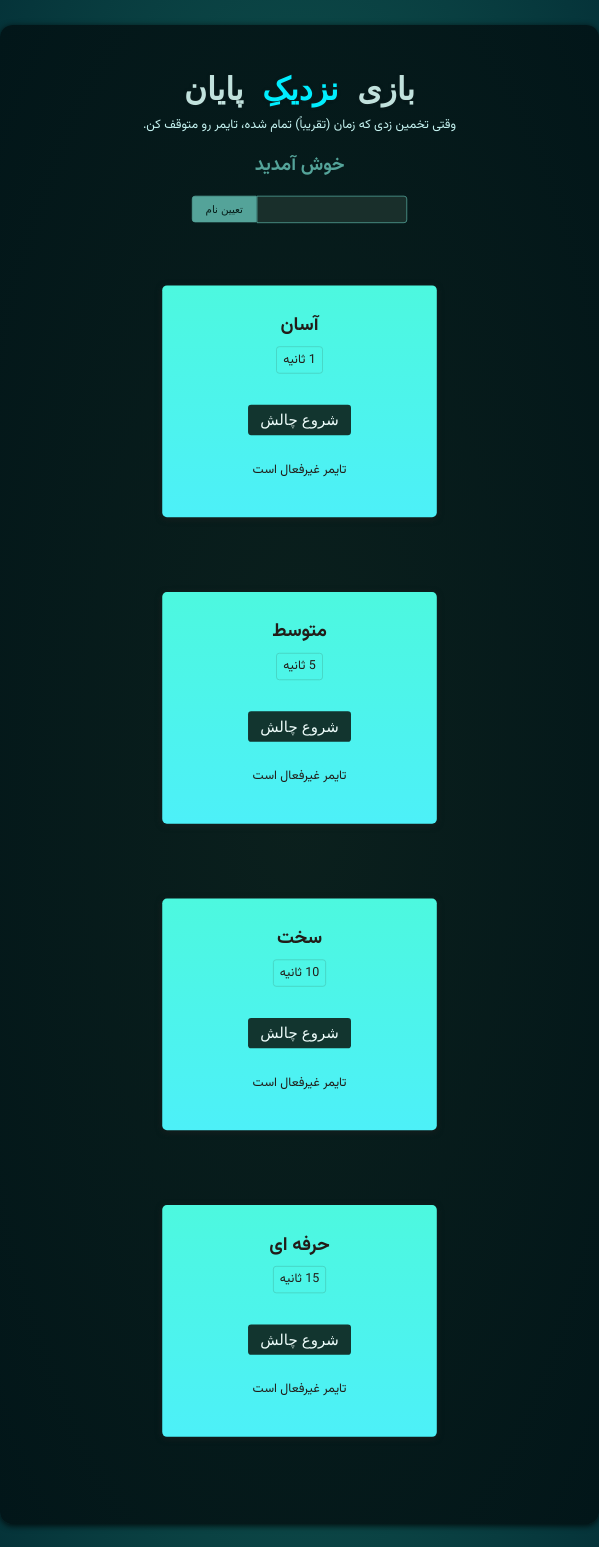
Repository: H-ala/react-near-end
Page: /
An editor plug-in stored every save of this project. The page is shown before and after the next save, followed by the edit.
The browser window is 768 px wide. The pictures show the whole page, at 78% of full size.
The project was rebuilt for these pictures with package versions that can differ from the ones it lists, and the page was loaded fresh each time. Also part of the build but not shown: vite.config.js.

Above is the page before, as saved 2025-10-21 19:47:58.

### index.html
<!DOCTYPE html>
<html lang="en">

<head>
  <meta charset="UTF-8" />
  <link rel="icon" type="image/svg+xml" href="/vite.svg" />
  <meta name="viewport" content="width=device-width, initial-scale=1.0" />
  <title>Refs & Portals</title>
</head>

<body>
  <div id="modal"></div>
  <div id="content">
    <header>
      <h1>بازی <em>نزدیکِ</em> پایان</h1>
      <p>وقتی تخمین زدی که زمان (تقریباً) تمام شده، تایمر رو متوقف کن.</p>
    </header>
    <div id="root"></div>
  </div>
  <script type="module" src="/src/main.jsx"></script>
</body>

</html>

### src/App.jsx
import Player from "./components/Player.jsx";
import TimerChallenge from "./components/TimerChallenge.jsx";

function App() {
  return (
    <>
      <Player />
      <div id="challenges">
        <TimerChallenge title="آسان" targetTime={1} />
        <TimerChallenge title="متوسط" targetTime={5} />
        <TimerChallenge title="سخت" targetTime={10} />
        <TimerChallenge title="حرفه ای" targetTime={15} />
      </div>
    </>
  );
}

export default App;

### src/index.css
@import url("https://fonts.googleapis.com/css2?family=Vazirmatn:wght@400;700&display=swap");

* {
  box-sizing: border-box;
}

body {
  margin: 0;
  font-family: "Vazirmatn", sans-serif;
  -webkit-font-smoothing: antialiased;
  -moz-osx-font-smoothing: grayscale;
  background: radial-gradient(#186a5e, #053339);
  color: #e1eeeb;
  direction: rtl;
  min-height: 100vh;
}

#content {
  max-width: 60rem;
  margin: 2rem auto;
  padding: 2rem;
  background: radial-gradient(#0b201d, #021619);
  border-radius: 16px;
  box-shadow: 0 2px 8px rgba(0, 0, 0, 0.8);
}

h1 {
  font-family: "Handjet", monospace;
  text-align: center;
  text-transform: uppercase;
  color: #c1e2dd;
  text-shadow: 0 0 4px rgba(35, 34, 34, 0.4);
  font-size: 3.5rem;
  margin-bottom: 0.5rem;
}

h1 em {
  font-style: normal;
  color: #00eeff;
}

header p {
  font-size: 1.2rem;
  margin: 0;
  text-align: center;
  color: #c6f4f2;
}

#player {
  text-align: center;
}

#player h2 {
  color: #54a399;
}

#player p {
  display: flex;
  justify-content: center;
  align-items: center;
}

#player input {
  font: inherit;
  border: 1px solid #54a399;
  background-color: #192f2b;
  border-radius: 4px;
  border-top-left-radius: 0;
  border-bottom-left-radius: 0;
  padding: 0.25rem;
  color: #d1f0ec;
}

#player button {
  cursor: pointer;
  background-color: #54a399;
  border: 1px solid #54a399;
  padding: 0.55rem 1rem;
  color: #061e1a;
  border-top-left-radius: 4px;
  border-bottom-left-radius: 4px;
}

#player button:hover {
  background-color: #3c8379;
  border-color: #3c8379;
}

#challenges {
  max-width: 50rem;
  margin: 3rem auto;
  display: flex;
  flex-wrap: wrap;
  gap: 2rem;
}

.challenge {
  width: 22rem;
  display: flex;
  flex-direction: column;
  align-items: center;
  justify-content: center;
  padding: 2rem;
  margin: 2rem auto;
  background: linear-gradient(#4df8df, #4df0f8);
  color: #221c18;
  box-shadow: 0 2px 8px rgba(35, 34, 34, 0.6);
  border-radius: 6px;
}

.challenge button {
  margin-top: 1rem;
  padding: 0.5rem 1rem;
  border: none;
  border-radius: 4px;
  background: #12352f;
  color: #edfcfa;
  font-size: 1.2rem;
  cursor: pointer;
}

.challenge button:hover {
  background: #051715;
}

.challenge h2 {
  font-size: 1.5rem;
  margin: 0;
  text-align: center;
  color: #221c18;
}

.challenge-time {
  border: 1px solid #46cebe;
  border-radius: 4px;
  padding: 0.25rem 0.5rem;
  margin: 0.5rem;
}

.challenge .active {
  animation: flash 1s infinite;
}

.result-modal {
  border: none;
  border-radius: 8px;
  padding: 2rem;
  background-color: #d7fcf8;
}

.result-modal[open] {
  animation: slide-in-from-top 0.35s ease-out;
}

.result-modal::backdrop {
  background: rgba(0, 0, 0, 0.9);
}

.result-modal h2 {
  font-family: "Handjet", monospace;
  margin: 0 0 0.25rem 0;
  font-size: 3rem;
  text-transform: uppercase;
}

.result-modal progress {
  width: 100%;
  height: 1.5rem;
  margin: 0;
  accent-color: #46cebe;
}

.result-modal p {
  margin: 0.5rem 0;
  font-size: 1.2rem;
}

.result-modal p strong {
  color: #10655b;
}

.result-modal form {
  text-align: right;
}

.result-modal button {
  margin-top: 1rem;
  padding: 0.5rem 1rem;
  border: none;
  border-radius: 4px;
  background: #12352f;
  color: #edfcfa;
  font-size: 1.2rem;
  cursor: pointer;
}

.result-modal button:hover {
  background: #051715;
}

@keyframes slide-in-from-top {
  0% {
    transform: translateY(-15%);
    opacity: 0;
  }
  100% {
    transform: translateY(0);
    opacity: 1;
  }
}

@keyframes flash {
  0% {
    opacity: 0.5;
  }
  50% {
    opacity: 1;
  }
  100% {
    opacity: 0.5;
  }
}

@media (max-width: 768px) {
  h1 {
    font-size: 2.5rem;
  }

  header p {
    font-size: 1rem;
}}

### src/components/Player.jsx
import { useState, useRef } from "react";

export default function Player() {
  const playerName = useRef();
  const [enteredPlayerName, setEnteredPlayerName] = useState("");

  function handleClick() {
    setEnteredPlayerName(playerName.current.value);
    playerName.current.value = "";
  }

  return (
    <section id="player">
      <h2>خوش آمدید {enteredPlayerName ?? "unknown entity"}</h2>
      <p>
        <input
          ref={playerName}
          type="text"
        />
        <button onClick={handleClick}>تعیین نام</button>
      </p>
    </section>
  );
}

### src/components/TimerChallenge.jsx
import { useState, useRef } from "react";
import ResultModal from "./ResultModal";

export default function TimerChallenge({ title, targetTime }) {
  const timer = useRef();
  const dialog = useRef();

  const [timeRemaining, setTimeRemaining] = useState(targetTime * 1000);
  const timerIsActive = timeRemaining > 0 && timeRemaining < targetTime * 1000;

  if (timeRemaining <= 0) {
    clearInterval(timer.current);
    dialog.current.open();
  }

  function handleStart() {
    timer.current = setInterval(() => {
      setTimeRemaining((prevTimeRemaining) => prevTimeRemaining - 10);
    }, 10);
  }

  function handleReset() {
    setTimeRemaining(targetTime * 1000);
  }

  function handleStop() {
    clearInterval(timer.current);
    dialog.current.open();
  }

  return (
    <>
      <ResultModal
        ref={dialog}
        targetTime={targetTime}
        remainingTime={timeRemaining}
        onReset={handleReset}
      />
      <section className="challenge">
        <h2>{title}</h2>
        <p className="challenge-time">
          {targetTime} ثانیه
        </p>
        <p>
          <button onClick={timerIsActive ? handleStop : handleStart}>
            {timerIsActive ? "توقف" : "شروع"} چالش
          </button>
        </p>
        <p className={timerIsActive ? "active" : undefined}>
          {timerIsActive ? "زمان داره میگذره..." : "تایمر غیرفعال است"}
        </p>
      </section>
    </>
  );
}

### src/components/ResultModal.jsx
import { useImperativeHandle, useRef } from "react";
import { createPortal } from "react-dom";

export default function ResultModal({ ref, targetTime, remainingTime, onReset }) {
  const dialog = useRef();

  const userLost = remainingTime <= 0;
  const formattedRemainingTime = (remainingTime / 1000).toFixed(2);
  const score = Math.round((1 - (remainingTime / (targetTime * 1000))) * 100);

  useImperativeHandle(ref, () => {
    return {
      open() {
        dialog.current.showModal();
      },
    };
  });

  return createPortal(
    <dialog ref={dialog} className="result-modal" onClose={onReset}>
      {userLost && <h2>تو باختی!</h2>}
      {!userLost && <h2>امتیاز : {score}</h2>}
      <p>
        زمان تارگت <strong>{targetTime} ثانیه بود. </strong>
      </p>
      <p>
        زمان رو وقتی
        <strong> {formattedRemainingTime} ثانیه مونده بود متوقف کردی. </strong>
      </p>
      <form action="dialog" onSubmit={onReset}>
        <button>بستن</button>
      </form>
    </dialog>,
    document.getElementById("modal")
  );
}

Loaded but not shown: src/main.jsx (common file)

After the next save:
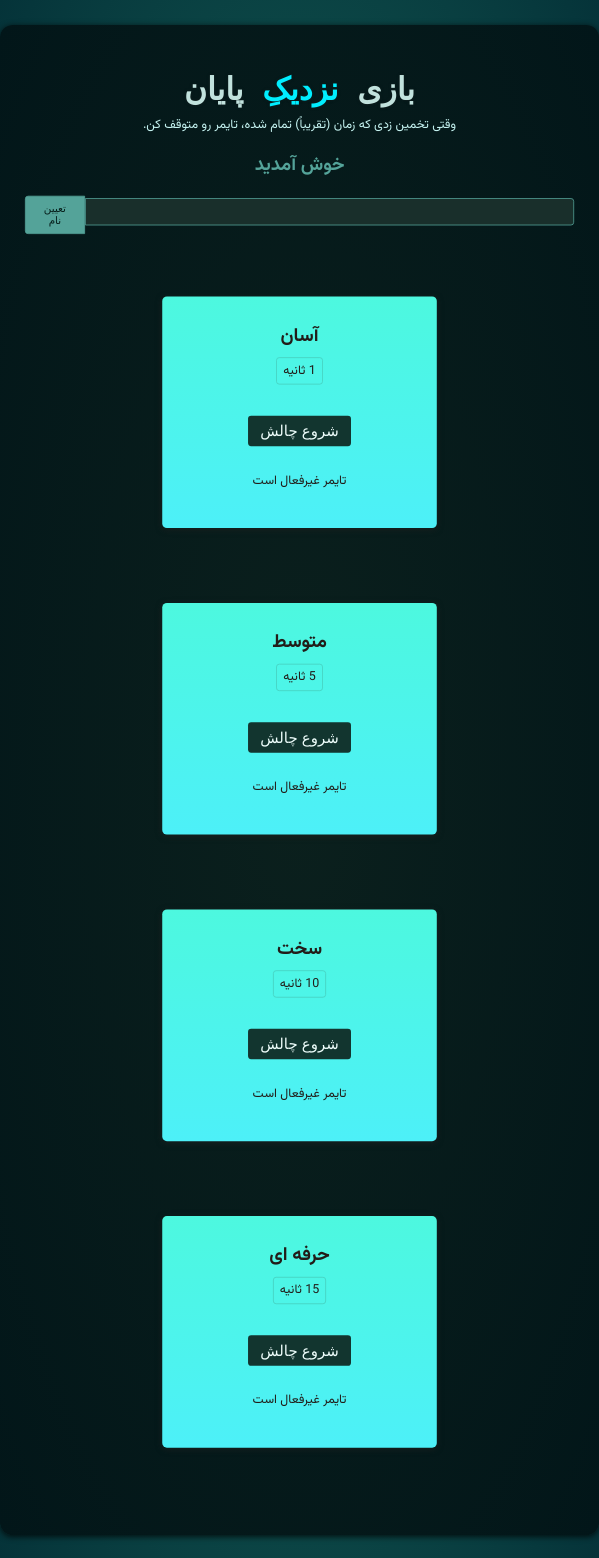
Saved 52 s later.
--- a/src/index.css
+++ b/src/index.css
@@ -228,4 +228,10 @@
 
   header p {
     font-size: 1rem;
-}}
+  }
+
+  #player input {
+    width: 100%;
+    margin-bottom: 0.5rem;
+  }
+}

After the 2 saves that followed:
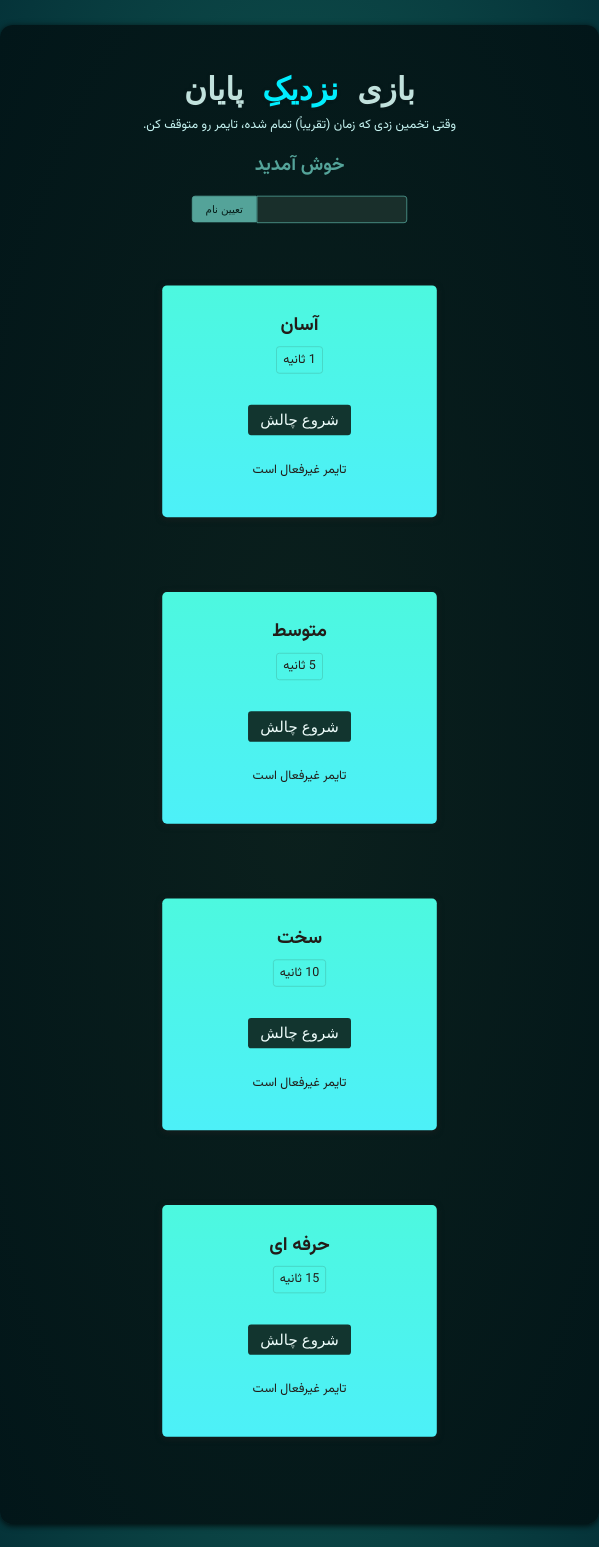
The 2 saves are shown as one change because they came seconds apart.
The last was saved 15 s later.
--- a/src/index.css
+++ b/src/index.css
@@ -229,9 +229,4 @@
   header p {
     font-size: 1rem;
   }
-
-  #player input {
-    width: 100%;
-    margin-bottom: 0.5rem;
-  }
-}
+}
